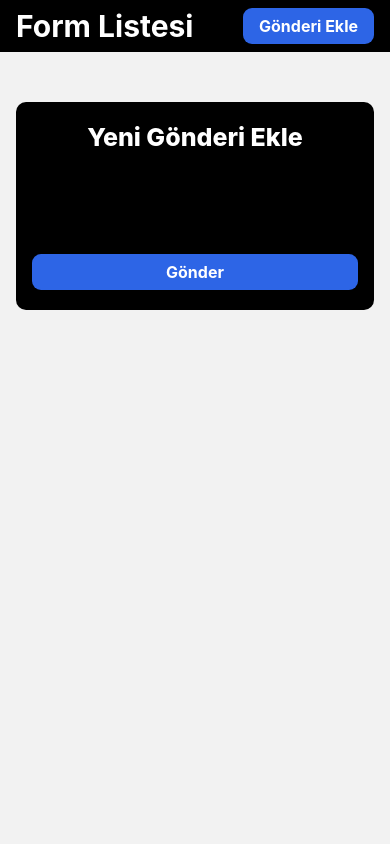
Repository: Kubraaygun/FirebaseRN
Screen: /
An editor plug-in stored every save of this project. The screen is shown before and after the next save, followed by the edit.
The app was drawn by React Native's web renderer in a window 390 px wide. The project was rebuilt for these pictures with package versions that can differ from the ones it lists, and the page was loaded fresh each time. Also part of the build but not shown: src/screens/ListPost/ListPostView.jsx, src/screens/ListPost/ListPostController.jsx.

Above is the screen before, as saved 2025-01-20 20:48:05.

After the next save:
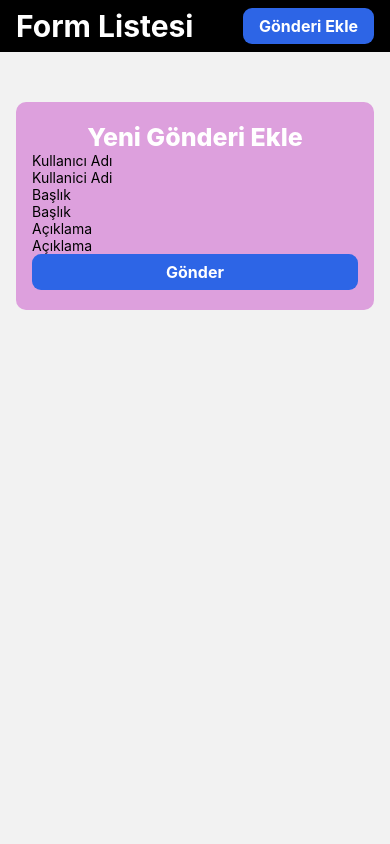
Saved 7 s later.
--- a/src/screens/AddPost/AddPostView.jsx
+++ b/src/screens/AddPost/AddPostView.jsx
@@ -30,7 +30,7 @@
 
 const styles = StyleSheet.create({
   form: {
-    backgroundColor: 'black',
+    backgroundColor: 'plum',
     marginVertical: 50,
     marginHorizontal: 16,
     paddingHorizontal: 16,

After the save that followed:
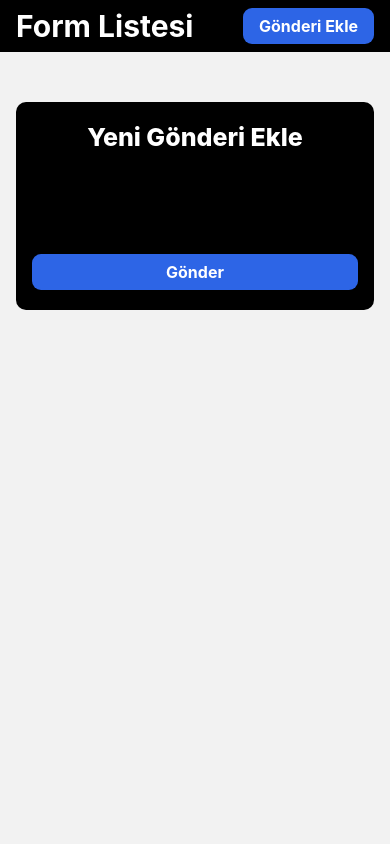
Saved 6 s later.
--- a/src/screens/AddPost/AddPostView.jsx
+++ b/src/screens/AddPost/AddPostView.jsx
@@ -30,7 +30,7 @@
 
 const styles = StyleSheet.create({
   form: {
-    backgroundColor: 'plum',
+    backgroundColor: 'black',
     marginVertical: 50,
     marginHorizontal: 16,
     paddingHorizontal: 16,
